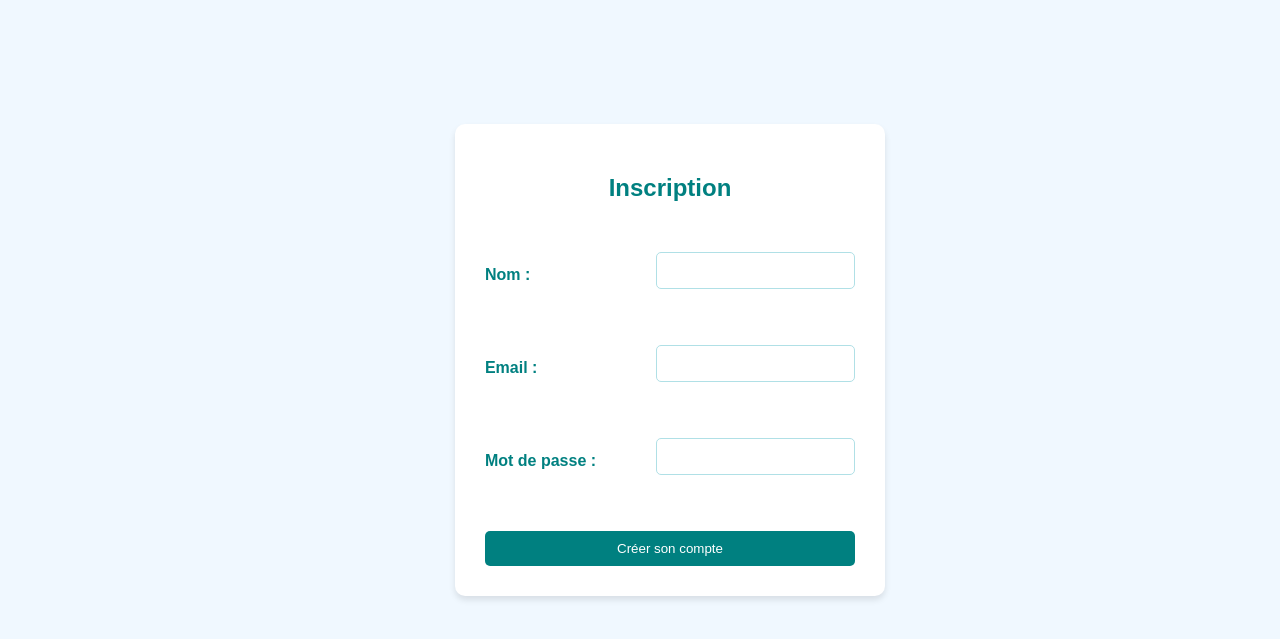
Repository: marwaouahouah1/OdysseyOfMemories
Page: /SignUpUser (app in frontend/)
These files come from the project's save history. The page is drawn as it stood at one moment and after a run of saves; the edit follows.
The browser window is 1280 px wide. The pictures show the whole page.
The project was rebuilt for these pictures with package versions that can differ from the ones it lists, and the page was loaded fresh each time. Also part of the build but not shown: frontend/src/Connexion/Login.js, frontend/src/App.js, frontend/src/Profile/Profile.js.

Above is the page before, as saved 2023-04-01 17:49:11.

### frontend/src/index.js
import React from 'react';
import ReactDOM from 'react-dom/client';
import App from './App';
import reportWebVitals from './reportWebVitals';
import SignUpUser from './SignUp/SignUpUser';
import Login from './Connexion/Login';
import Profile from './Profile/Profile'
import { BrowserRouter, Routes, Route } from "react-router-dom";

const root = ReactDOM.createRoot(document.getElementById('root'));
root.render(
  <React.StrictMode>
    <BrowserRouter>
       <Routes>
        <Route path="/" element={<App/>} />
        <Route path="/SignUpUser" element={<SignUpUser/>}/>
        <Route path="/Login" element={<Login/>}/>
        <Route path="/Profile" element={<Profile/>}></Route>
      </Routes>
    </BrowserRouter>
  </React.StrictMode>
);

// If you want to start measuring performance in your app, pass a function
// to log results (for example: reportWebVitals(console.log))
// or send to an analytics endpoint. Learn more: https://bit.ly/CRA-vitals
reportWebVitals();

### frontend/src/SignUp/SignUpUser.js
import React, { useState } from 'react';
import "./signupuser.css"

function SignUpUser() {

  const [name, setName] = useState('');
  const [email, setEmail] = useState('');
  const [password, setPassword] = useState('');
  const [message, setMessage] = useState("");

  const handleSubmit = (event) => {
    event.preventDefault();
    fetch('SignUpUser', {
      method: 'POST',
      headers : {
        'Content-Type': 'application/json',
        'Accept': 'application/json'
      },
      body: JSON.stringify({ name, email, password })
    })
      .then(response => response.json())
      .then(data => {
        setMessage(data.message);
        console.log(data)
        console.log("test")
      });
  };

  return (
    <div className="signup-container">

    <div className='app'>
    <span style={{textAlign:"center", marginBottom:"20px"}}><h2>Inscription</h2></span>

    <form onSubmit={handleSubmit}>
      <label>
        <span>Nom :</span>
        <input
          type="text"
          value={name}
          onChange={(event) => setName(event.target.value)}
        />
      </label>
      <br /><br />
      <label>
      <span>Email :</span>
        <input
          type="email"
          value={email}
          onChange={(event) => setEmail(event.target.value)}
        />
      </label>
      <br /><br />
      <label>
      <span>Mot de passe :</span>
        <input
          type="password"
          value={password}
          onChange={(event) => setPassword(event.target.value)}
        />
      </label>
      <br /><br />
      <button type="submit">Créer son compte</button>
    </form>
    {/* Affichage du message de confirmation */}
    {message && <p>{message}</p>}
    </div>
    </div>

  );
}

export default SignUpUser;

### frontend/src/SignUp/signupuser.css
body {
    background-color: #f0f8ff;
    margin: 0;
    display: flex;
    justify-content: center;
    align-items: center;
    height: 100vh;
    font-family: Arial, sans-serif;
  }


.signup-container {
    width: 100%;
    max-width: 400px;
    background-color: #ffffff;
    padding: 30px;
    border-radius: 10px;
    box-shadow: 0 4px 6px rgba(0, 0, 0, 0.1);
  }


  h2 {
    color: #008080;
  }

  form {
    display: flex;
    flex-direction:column;
    margin-top: 50px;
    justify-content: center;
  }

  form span {
    margin-bottom: 10px;
  }

  label {
    color: #008080;
    font-weight: bold;
    display: flex;
    align-items: center;
    justify-content: space-between;
  }

  input {
    padding: 10px;
    border: 1px solid #b0e0e6;
    border-radius: 5px;
    margin-bottom: 20px;
  }

  button {
    background-color: #008080;
    color: white;
    border: none;
    border-radius: 5px;
    padding: 10px;
    cursor: pointer;
    transition: all 0.3s ease-in-out;
  }

  button:hover {
    background-color: #006666;
  }

Loaded but not shown: frontend/public/index.html (common file); frontend/src/reportWebVitals.js (common file); frontend/src/Profile/profile.css (no stored copy; drawn as an empty file)

After the next 2 saves:
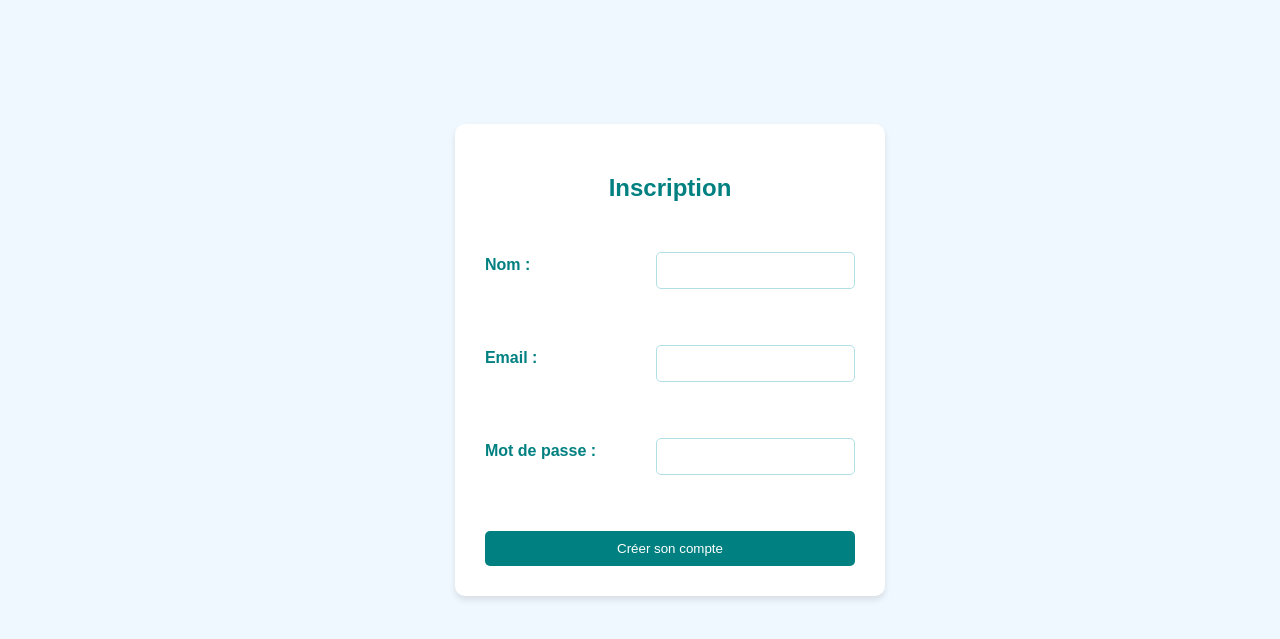
The 2 saves are shown as one change because they came seconds apart.
The last was saved 12 s later.
--- a/frontend/src/SignUp/signupuser.css
+++ b/frontend/src/SignUp/signupuser.css
@@ -31,7 +31,7 @@ body {
   }
 
   form span {
-    margin-bottom: 10px;
+    margin-bottom: 30px;
   }
 
   label {
